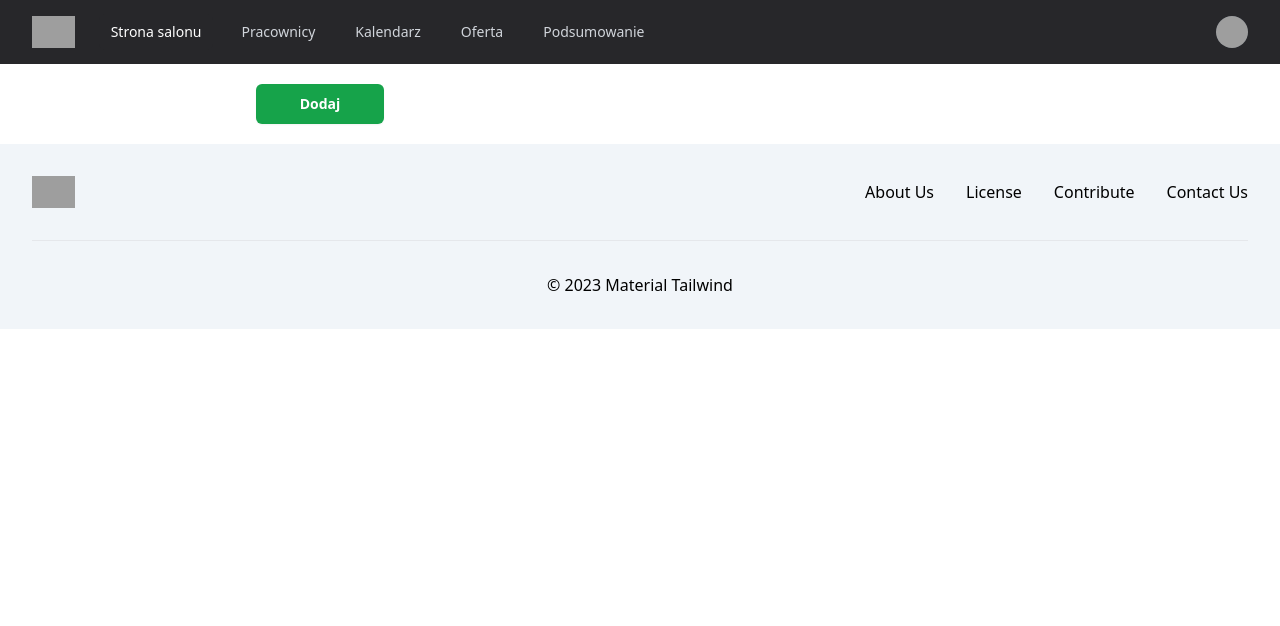
Repository: PrzemyslawJura/my-app
Page: /pracownicy (app in frontend/)
These files come from the project's save history. The page is drawn as it stood at one moment and after the next save; the edit follows.
The browser window is 1280 px wide. The pictures show the whole page.
Pictures or frames that could not be fetched are drawn as grey boxes. The page's requests for data from a server got no answer. The project was rebuilt for these pictures with package versions that can differ from the ones it lists, and the page was loaded fresh each time. No one was signed in, and anything a server would have sent is missing. Also part of the build but not shown: frontend/src/components/Location.jsx, frontend/src/home/Feature.jsx, frontend/src/shared_np_buttony_inputy_kalendarze_itp/PaginationTile.jsx, frontend/src/home/Pagination.jsx, frontend/src/home/Listbox.jsx, frontend/src/home/StepOne.jsx, frontend/src/home/StepTwo.jsx, frontend/src/home/SalonOffer.jsx and 21 more.

Above is the page before, as saved 2023-11-24 12:27:43.

### frontend/src/index.js
import React from 'react';
import ReactDOM from 'react-dom/client';
import './index.css';
import App from './core/App';
import reportWebVitals from './reportWebVitals';
import { BrowserRouter } from 'react-router-dom';

const root = ReactDOM.createRoot(document.getElementById('root'));
root.render(
  <React.StrictMode>
    <BrowserRouter>
      <App />
    </BrowserRouter>
  </React.StrictMode>
);

// If you want to start measuring performance in your app, pass a function
// to log results (for example: reportWebVitals(console.log))
// or send to an analytics endpoint. Learn more: https://bit.ly/CRA-vitals
reportWebVitals();

### frontend/src/index.css
@tailwind base;
html {
  scroll-behavior: smooth;
}

@tailwind components;
@tailwind utilities;

### frontend/src/core/App.jsx
import BrowserRoutes from "./BrowserRoutes"
import FooterWithLogo from "./Footer"
import NavbarBiznes from "./NavbarBiznes";
import NavbarHome from "./NavbarHome";



export default function App() {
  let navigationBar = <NavbarHome/>
  function userIsLogin(user)
  {
    if (user == false) navigationBar = <NavbarBiznes/>
    else navigationBar = <NavbarHome/>
  }
  return (
    <>
      {userIsLogin(false)}
      {navigationBar}
      <BrowserRoutes/>
      <FooterWithLogo/>
    </>
  )
}

### frontend/src/core/BrowserRoutes.jsx
import Home from "../home/Home"
import CalendarOfWork from "../biznes/CalendarOfWork"
import SalonPage from "../biznes/SalonPage"
import Workers from "../biznes/Workers"
import Services from "../biznes/Services"
import { Route, Routes } from "react-router-dom"
import NavbarBiznes from "./NavbarBiznes"

export default function BrowserRoutes() {
  return (
      <Routes>
        <Route path="/" element={<Home/>}/>
        <Route path="/stronasalonu" element={<SalonPage/>}/>
        <Route path="/pracownicy" element={<Workers/>}/>
        <Route path="/kalendarz" element={<CalendarOfWork/>}/>
        <Route path="/oferta" element={<Services/>}/>
      </Routes>
  )
}

### frontend/src/core/Footer.jsx
import { Typography } from "@material-tailwind/react";

export default function FooterWithLogo() {
  return (
    <footer id="footer" className="w-full p-8 bg-slate-100">
      <div className="flex flex-row flex-wrap items-center justify-center gap-y-6 gap-x-12 text-center md:justify-between">
      <img
        className="h-8 w-auto"
        src="https://tailwindui.com/img/logos/mark.svg?color=green&shade=600"
        alt=""
      />
        <ul className="flex flex-wrap items-center gap-y-2 gap-x-8">
          <li>
            <Typography
              as="a"
              href="#"
              color="blue-gray"
              className="font-normal transition-colors hover:text-blue-500 focus:text-blue-500"
            >
              About Us
            </Typography>
          </li>
          <li>
            <Typography
              as="a"
              href="#"
              color="blue-gray"
              className="font-normal transition-colors hover:text-blue-500 focus:text-blue-500"
            >
              License
            </Typography>
          </li>
          <li>
            <Typography
              as="a"
              href="#"
              color="blue-gray"
              className="font-normal transition-colors hover:text-blue-500 focus:text-blue-500"
            >
              Contribute
            </Typography>
          </li>
          <li>
            <Typography
              as="a"
              href="#"
              color="blue-gray"
              className="font-normal transition-colors hover:text-blue-500 focus:text-blue-500"
            >
              Contact Us
            </Typography>
          </li>
        </ul>
      </div>
      <hr className="my-8 border-blue-gray-50" />
      <Typography color="blue-gray" className="text-center font-normal">
        &copy; 2023 Material Tailwind
      </Typography>
    </footer>
  );
}

### frontend/src/core/NavbarBiznes.jsx
import { Fragment } from 'react'
import { Disclosure, Menu, Transition } from '@headlessui/react'
import { Bars3Icon, XMarkIcon } from '@heroicons/react/24/outline'


const navigation = [
  { name: 'Strona salonu', href: '/stronasalonu', current: true },
  { name: 'Pracownicy', href: '/pracownicy', current: false },
  { name: 'Kalendarz', href: '/kalendarz', current: false },
  { name: 'Oferta', href: '/oferta', current: false },
  { name: 'Podsumowanie', href: '/podsumowanie', current: false },
]

function classNames(...classes) {
  return classes.filter(Boolean).join(' ')
}

export default function NavbarBiznes({}) {
  return (
    <Disclosure as="nav" className="bg-zinc-800">
      {({ open }) => (
        <>
          <div className="mx-auto max-w-7xl px-2 sm:px-6 lg:px-8">
            <div className="relative flex h-16 items-center justify-between">
              <div className="absolute inset-y-0 left-0 flex items-center sm:hidden">
                {/* Mobile menu button*/}
                <Disclosure.Button className="relative inline-flex items-center justify-center rounded-md p-2 text-gray-400 hover:bg-gray-700 hover:text-white focus:outline-none focus:ring-2 focus:ring-inset focus:ring-white">
                  <span className="absolute -inset-0.5" />
                  <span className="sr-only">Open main menu</span>
                  {open ? (
                    <XMarkIcon className="block h-6 w-6" aria-hidden="true" />
                  ) : (
                    <Bars3Icon className="block h-6 w-6" aria-hidden="true" />
                  )}
                </Disclosure.Button>
              </div>
              <div className="flex flex-1 items-center justify-center sm:items-stretch sm:justify-start">
                <div className="flex flex-shrink-0 items-center">
                  <img
                    className="h-8 w-auto"
                    src="https://tailwindui.com/img/logos/mark.svg?color=green&shade=500"
                    alt="Your Company"
                  />
                </div>
                <div className="hidden sm:ml-6 sm:block">
                  <div className="flex space-x-4">
                    {navigation.map((item) => (
                      <a
                        key={item.name}
                        href={item.href}
                        className={classNames(
                          item.current ? 'bg-zinc-800 text-white' : 'text-gray-300 hover:bg-zinc-600 hover:text-white',
                          'rounded-md px-3 py-2 text-sm font-medium'
                        )}
                        aria-current={item.current ? 'page' : undefined}
                      >
                        {item.name}
                      </a>
                    ))}
                  </div>
                </div>
              </div>
              <div className="absolute inset-y-0 right-0 flex items-center pr-2 sm:static sm:inset-auto sm:ml-6 sm:pr-0">
                {/* Profile dropdown */}
                <Menu as="div" className="relative ml-3">
                  <div>
                    <Menu.Button className="relative flex rounded-full bg-gray-800 text-sm focus:outline-none focus:ring-2 focus:ring-white focus:ring-offset-2 focus:ring-offset-gray-800">
                      <span className="absolute -inset-1.5" />
                      <span className="sr-only">Open user menu</span>
                      <img
                        className="h-8 w-8 rounded-full"
                        src="https://images.unsplash.com/photo-1592647420148-bfcc177e2117?ixlib=rb-4.0.3&ixid=M3wxMjA3fDB8MHxwaG90by1wYWdlfHx8fGVufDB8fHx8fA%3D%3D&auto=format&fit=crop&w=2039&q=80"
                        alt=""
                      />
                    </Menu.Button>
                  </div>
                  <Transition
                    as={Fragment}
                    enter="transition ease-out duration-100"
                    enterFrom="transform opacity-0 scale-95"
                    enterTo="transform opacity-100 scale-100"
                    leave="transition ease-in duration-75"
                    leaveFrom="transform opacity-100 scale-100"
                    leaveTo="transform opacity-0 scale-95"
                  >
                    <Menu.Items className="absolute right-0 z-10 mt-2 w-48 origin-top-right rounded-md bg-white py-1 shadow-lg ring-1 ring-black ring-opacity-5 focus:outline-none">
                      <Menu.Item>
                        {({ active }) => (
                          <a
                            href="#"
                            className={classNames(active ? 'bg-gray-100' : '', 'block px-4 py-2 text-sm text-gray-700')}
                          >
                            Twój profil
                          </a>
                        )}
                      </Menu.Item>
                      <Menu.Item>
                        {({ active }) => (
                          <a
                            href="#"
                            className={classNames(active ? 'bg-gray-100' : '', 'block px-4 py-2 text-sm text-gray-700')}
                          >
                            Ustawienia
                          </a>
                        )}
                      </Menu.Item>
                      <Menu.Item>
                        {({ active }) => (
                          <a
                            href="#"
                            className={classNames(active ? 'bg-gray-100' : '', 'block px-4 py-2 text-sm text-gray-700')}
                          >
                            Wyloguj
                          </a>
                        )}
                      </Menu.Item>
                    </Menu.Items>
                  </Transition>
                </Menu>
              </div>
            </div>
          </div>

          <Disclosure.Panel className="sm:hidden">
            <div className="space-y-1 px-2 pb-3 pt-2">
              {navigation.map((item) => (
                <Disclosure.Button
                  key={item.name}
                  as="a"
                  href={item.href}
                  className={classNames(
                    item.current ? 'bg-gray-900 text-white' : 'text-gray-300 hover:bg-gray-700 hover:text-white',
                    'block rounded-md px-3 py-2 text-base font-medium'
                  )}
                  aria-current={item.current ? 'page' : undefined}
                >
                  {item.name}
                </Disclosure.Button>
              ))}
            </div>
          </Disclosure.Panel>
        </>
      )}
    </Disclosure>
  )
}

### frontend/src/biznes/Workers.jsx
import React, { useState } from 'react'
import AddWorker from "./AddWorker"
import MainButton from "../shared_np_buttony_inputy_kalendarze_itp/MainButton"
import Dropdown from "../shared_np_buttony_inputy_kalendarze_itp/Dropdown"
import Hairdresser from "../components/Hairdresser"
import { useEffect } from 'react';

const people = [
  {
    name: 'Leslie Alexander',
    email: 'leslie.alexander@example.com',
    telephone: '213 123 123',
    role: 'Co-Founder / CEO',
    imageUrl:
      'https://images.unsplash.com/photo-1494790108377-be9c29b29330?ixlib=rb-1.2.1&ixid=eyJhcHBfaWQiOjEyMDd9&auto=format&fit=facearea&facepad=2&w=256&h=256&q=80',
    lastSeen: '3h ago',
    lastSeenDateTime: '2023-01-23T13:23Z',
  },
  {
    name: 'Michael Foster',
    email: 'michael.foster@example.com',
    role: 'Co-Founder / CTO',
    imageUrl:
      'https://images.unsplash.com/photo-1519244703995-f4e0f30006d5?ixlib=rb-1.2.1&ixid=eyJhcHBfaWQiOjEyMDd9&auto=format&fit=facearea&facepad=2&w=256&h=256&q=80',
    lastSeen: '3h ago',
    lastSeenDateTime: '2023-01-23T13:23Z',
  },
  {
    name: 'Dries Vincent',
    email: 'dries.vincent@example.com',
    role: 'Business Relations',
    imageUrl:
      'https://images.unsplash.com/photo-1506794778202-cad84cf45f1d?ixlib=rb-1.2.1&ixid=eyJhcHBfaWQiOjEyMDd9&auto=format&fit=facearea&facepad=2&w=256&h=256&q=80',
    lastSeen: null,
  },
  {
    name: 'Lindsay Walton',
    email: 'lindsay.walton@example.com',
    role: 'Front-end Developer',
    imageUrl:
      'https://images.unsplash.com/photo-1517841905240-472988babdf9?ixlib=rb-1.2.1&ixid=eyJhcHBfaWQiOjEyMDd9&auto=format&fit=facearea&facepad=2&w=256&h=256&q=80',
    lastSeen: '3h ago',
    lastSeenDateTime: '2023-01-23T13:23Z',
  },
  {
    name: 'Courtney Henry',
    email: 'courtney.henry@example.com',
    role: 'Designer',
    imageUrl:
      'https://images.unsplash.com/photo-1438761681033-6461ffad8d80?ixlib=rb-1.2.1&ixid=eyJhcHBfaWQiOjEyMDd9&auto=format&fit=facearea&facepad=2&w=256&h=256&q=80',
    lastSeen: '3h ago',
    lastSeenDateTime: '2023-01-23T13:23Z',
  },
  {
    name: 'Tom Cook',
    email: 'tom.cook@example.com',
    role: 'Director of Product',
    imageUrl:
      'https://images.unsplash.com/photo-1472099645785-5658abf4ff4e?ixlib=rb-1.2.1&ixid=eyJhcHBfaWQiOjEyMDd9&auto=format&fit=facearea&facepad=2&w=256&h=256&q=80',
    lastSeen: null,
  },
]

const sortOptions = [
  { name: 'Zmień dane', href: '#', current: true },
  { name: 'Usuń pracownika', href: '#', current: true },
  { name: 'Dodaj nieobecność', href: '#', current: true }
]



export default function Workers() {
  const [isShown, setIsShown] = useState(0);
  const [workers, setWorkers] = useState([]);

  useEffect(() => {
    fetch('https://localhost:7230/Salons/WorkersWithSalonId/1')
      .then((res) => res.json())
      .then((result) => {
        setWorkers(result);
        console.log(result)
      });
  }, [])

  return (
    <>
        <div className="w-3/5 m-auto my-5 ">
            <ul role="list" className="divide-y divide-gray-100">
              {workers.map((person) => (
                <li key={person.id} className="flex justify-between gap-x-6 py-5">
                  <Hairdresser person={person}/>
                  <Dropdown title="Edytuj" options={sortOptions}/>
                </li>
              ))}
            </ul>
            <span onClick={() => setIsShown(1)}>
              <MainButton text="Dodaj"/>
              </span>
            {isShown == 1 && <AddWorker setIsShown={setIsShown} />}
            {/*}{isShown == 2 && <AddService setIsShown={setIsShown} />}{*/}

        </div>
    </>
  )
}

### frontend/src/shared_np_buttony_inputy_kalendarze_itp/MainButton.jsx
export default function MainButton({text}) {
    return (
        <button
        type="submit"
        className="w-20 sm:w-32 flex-none rounded-md bg-green-600 px-3.5 py-2.5 text-sm font-semibold max-h-10 my-auto
                   text-white shadow-sm hover:bg-green-400 focus-visible:outline focus-visible:outline-2
                   focus-visible:outline-offset-2 focus-visible:outline-indigo-500"
        >
        {text}
        </button>
    )}

### frontend/tailwind.config.js
/** @type {import('tailwindcss').Config} */
module.exports = {
  content: [
    "./src/**/*.{js,jsx,ts,tsx}",
  ],
  theme: {
    extend: {
      backgroundImage: {
        /*https://unsplash.com/photos/EW_rqoSdDes?utm_source=unsplash&utm_medium=referral&utm_content=creditShareLink*/
        /*author: Nathon Oski*/
        'main-image': "url('/src/assets/main-image.jpg')",
      },
      backgroundColor: {
        'bgGray': '#f8f9fa',
      }
    },
  },
  plugins: [],
}

### frontend/src/components/OneService.jsx
import {
    ClockIcon,
    CurrencyDollarIcon,
    UserCircleIcon,
  } from '@heroicons/react/20/solid'

export default function OneService({service}) {
    return (
        <div className="min-w-0 flex-1">
          <h2 className="text-sm font-semibold leading-7 text-gray-900 sm:truncate sm:tracking-tight">
            {service.name}
          </h2>
          <div className="mt-1 flex flex-col sm:mt-0 sm:flex-row sm:flex-wrap sm:space-x-6">
            <div className="mt-2 flex items-center text-sm text-gray-500">
              <ClockIcon className="mr-1.5 h-5 w-5 flex-shrink-0 text-gray-400" aria-hidden="true" />
              {service.time} min
            </div>
            <div className="mt-2 flex items-center text-sm text-gray-500">
              <CurrencyDollarIcon className="mr-1.5 h-5 w-5 flex-shrink-0 text-gray-400" aria-hidden="true" />
              {service.price}zł
            </div>
            <div className="mt-2 flex items-center text-sm text-gray-500">
              <UserCircleIcon className="mr-1.5 h-5 w-5 flex-shrink-0 text-gray-400" aria-hidden="true" />
              {service.hairdresser}
            </div>
          </div>
        </div>
    )}

### frontend/src/components/Service.jsx
import OneService from './OneService'
import {
  CheckIcon,
  PencilIcon,
} from '@heroicons/react/20/solid'

const services = [
  {
    name: 'Strzyżenie zwykłe',
    time: '45',
    price: '40',
    hairdresser: 'Ania Kowalska',
    active: true,
  },
  {
    name: 'Farbowanie włosów',
    time: '120',
    price: '40',
    hairdresser: 'Ania Kowalska',
    active: true,
  }
]

export default function Service() {
  return (
    <div className=''>
    {services.map((service) => (
    <div className="lg:flex lg:items-center lg:justify-between my-5 w-3/5 mx-auto p-3 border-slate-200 border-b">
      <OneService service={service}/>
      <div className="mt-5 flex lg:ml-4 lg:mt-0">
        <span className="hidden sm:block">
          <button
            type="button"
            className="inline-flex items-center rounded-md bg-white px-3 py-2 text-sm font-semibold text-gray-900 shadow-sm ring-1 ring-inset ring-gray-300 hover:bg-gray-50"
          >
            <PencilIcon className="-ml-0.5 mr-1.5 h-5 w-5 text-gray-400" aria-hidden="true" />
            Edytuj
          </button>
        </span>

        <span className="sm:ml-3">
          <button
            type="button"
            className="inline-flex items-center rounded-md bg-green-600 px-3 py-2 text-sm font-semibold text-white shadow-sm hover:bg-green-500 focus-visible:outline focus-visible:outline-2 focus-visible:outline-offset-2 focus-visible:outline-green-600"
          >
            <CheckIcon className="-ml-0.5 mr-1.5 h-5 w-5" aria-hidden="true" />
            Aktualne
          </button>
        </span>
      </div>
    </div>
    ))}
    </div>
  )
}

Loaded but not shown: frontend/public/index.html (common file); frontend/src/reportWebVitals.js (common file)

After the next save:
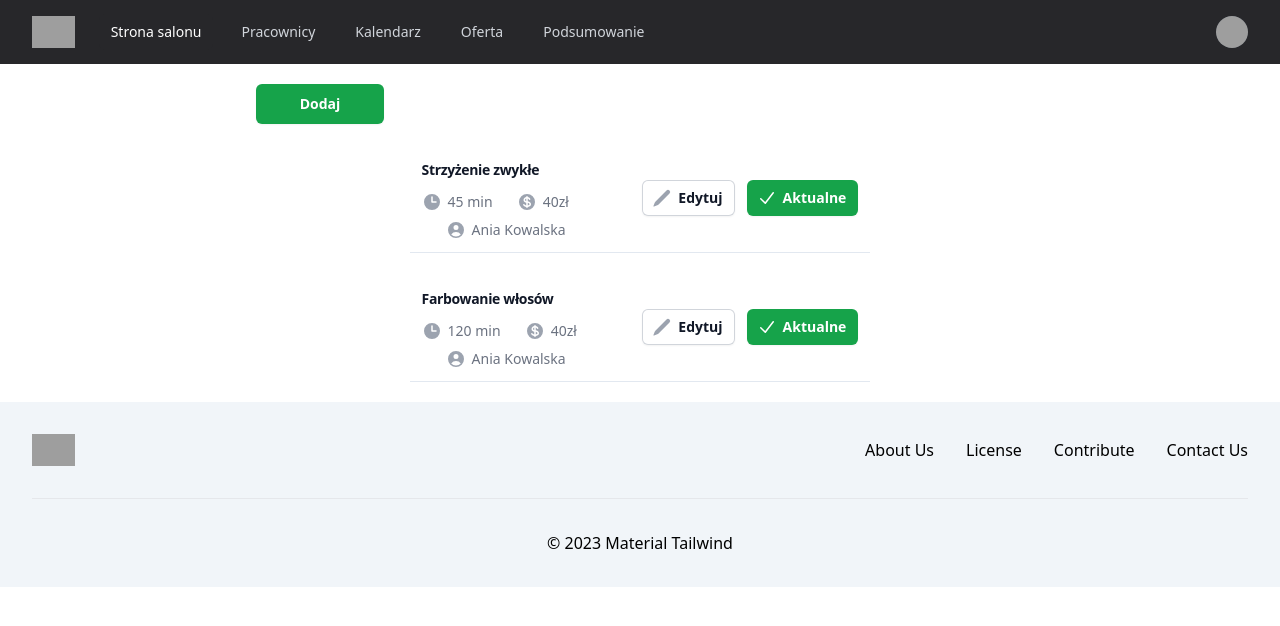
Saved 5 min 15 s later.
--- a/frontend/src/biznes/Workers.jsx
+++ b/frontend/src/biznes/Workers.jsx
@@ -4,6 +4,7 @@ import MainButton from "../shared_np_buttony_inputy_kalendarze_itp/MainButton"
 import Dropdown from "../shared_np_buttony_inputy_kalendarze_itp/Dropdown"
 import Hairdresser from "../components/Hairdresser"
 import { useEffect } from 'react';
+import Service from '../components/Service'
 
 const people = [
   {
@@ -98,7 +99,7 @@ export default function Workers() {
               </span>
             {isShown == 1 && <AddWorker setIsShown={setIsShown} />}
             {/*}{isShown == 2 && <AddService setIsShown={setIsShown} />}{*/}
-
+            <Service/>
         </div>
     </>
   )
